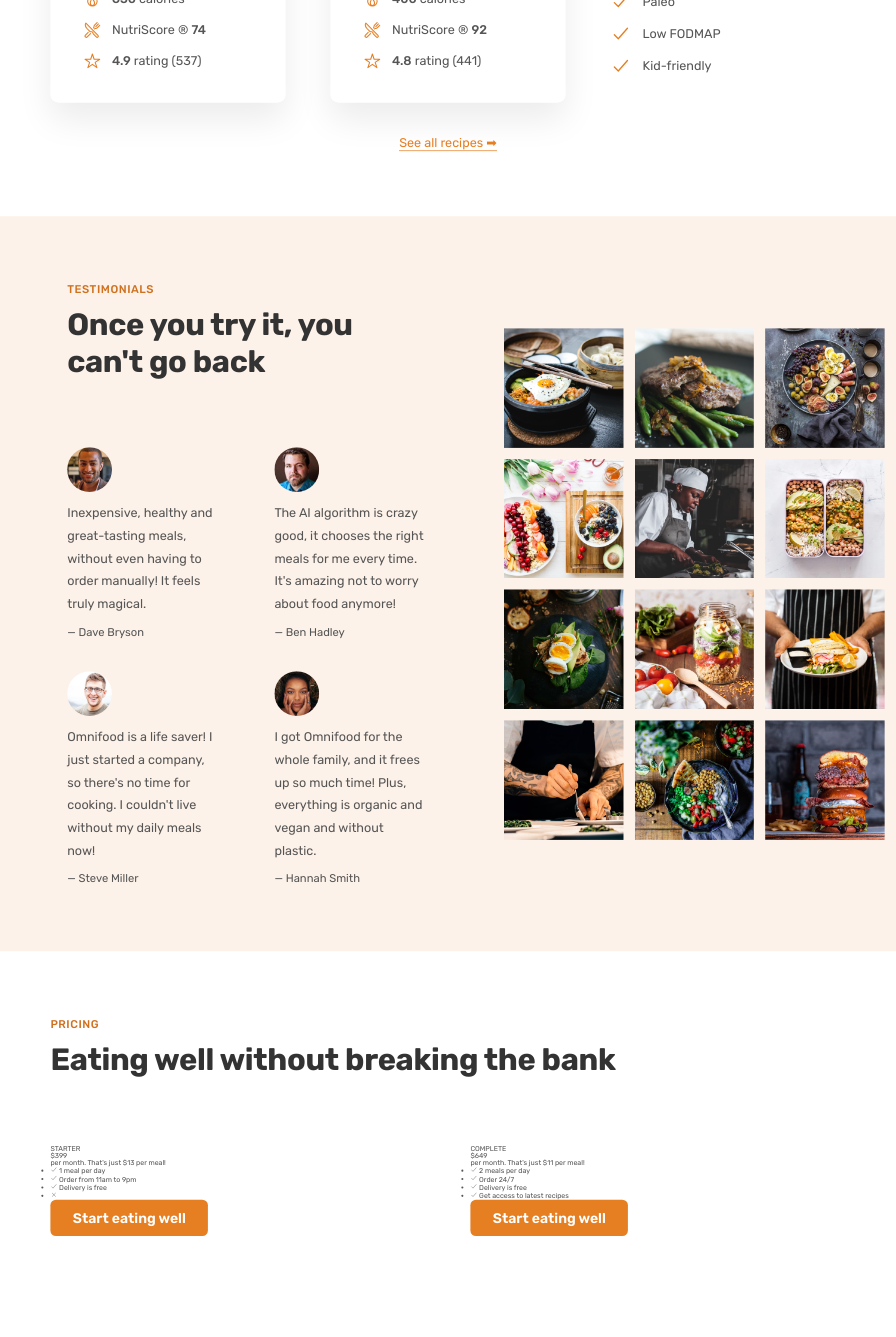
Repository: TranPhucThinh/Omnifood
Page: index.html
The author's editor kept a copy of each file at every save. The page is drawn from the files as they stood at one save, then again after the next save.
The browser window is 1280 px wide. The pictures show the part of the page from y = 3287 to 5207 px (the page is 5197 px tall before and 5207 px after), at 70% of full size.

Above is the page before, as saved 2022-08-06 22:47:34.

After the next save:
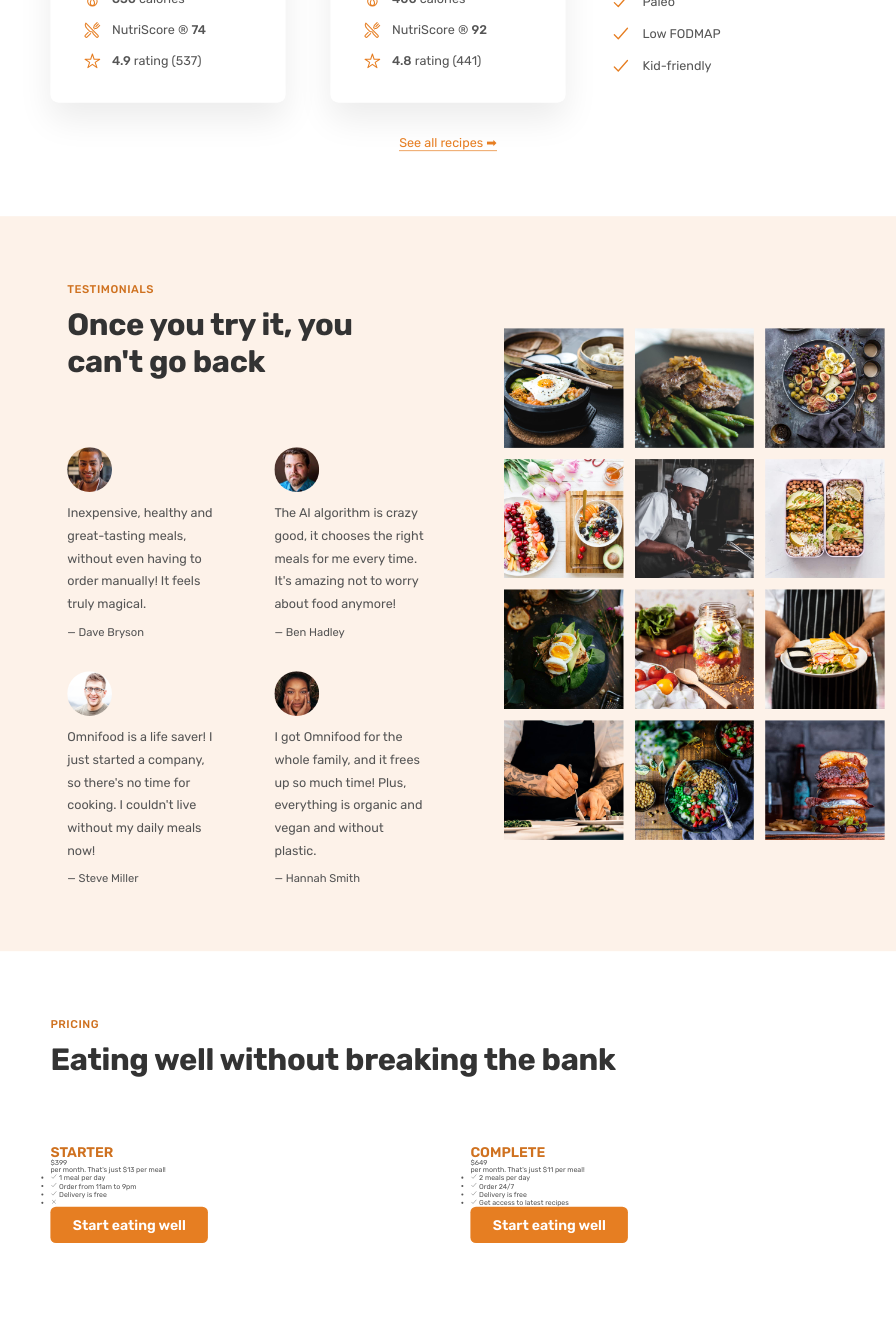
Saved 28 s later.
--- a/assets/styles/style.css
+++ b/assets/styles/style.css
@@ -360,5 +360,8 @@
 
 .plan-name {
   text-transform: uppercase;
+  font-size: 2rem;
+  font-weight: 600;
+  color: #cf711f;
 }
 /* End of Section Pricing */
